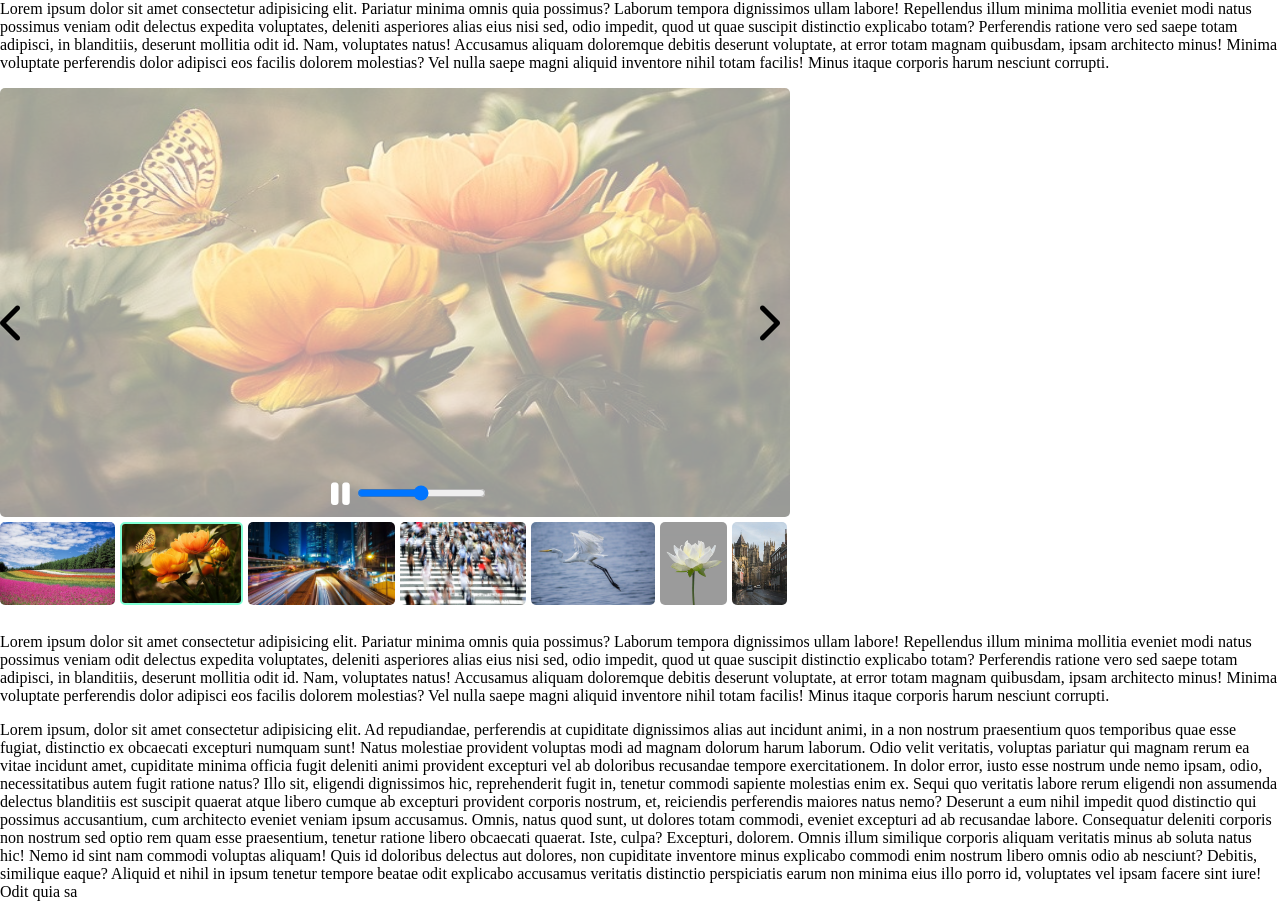
Repository: StevieC87/ASSIGNMENT3
Page: Slideshow/imgGallery10.html
These files come from the project's save history. The page is drawn as it stood at one moment and after the next save; the edit follows.
The browser window is 1280 px wide. The pictures show the whole page.

Above is the page before, as saved 2022-02-28 00:09:00.

After the next save:
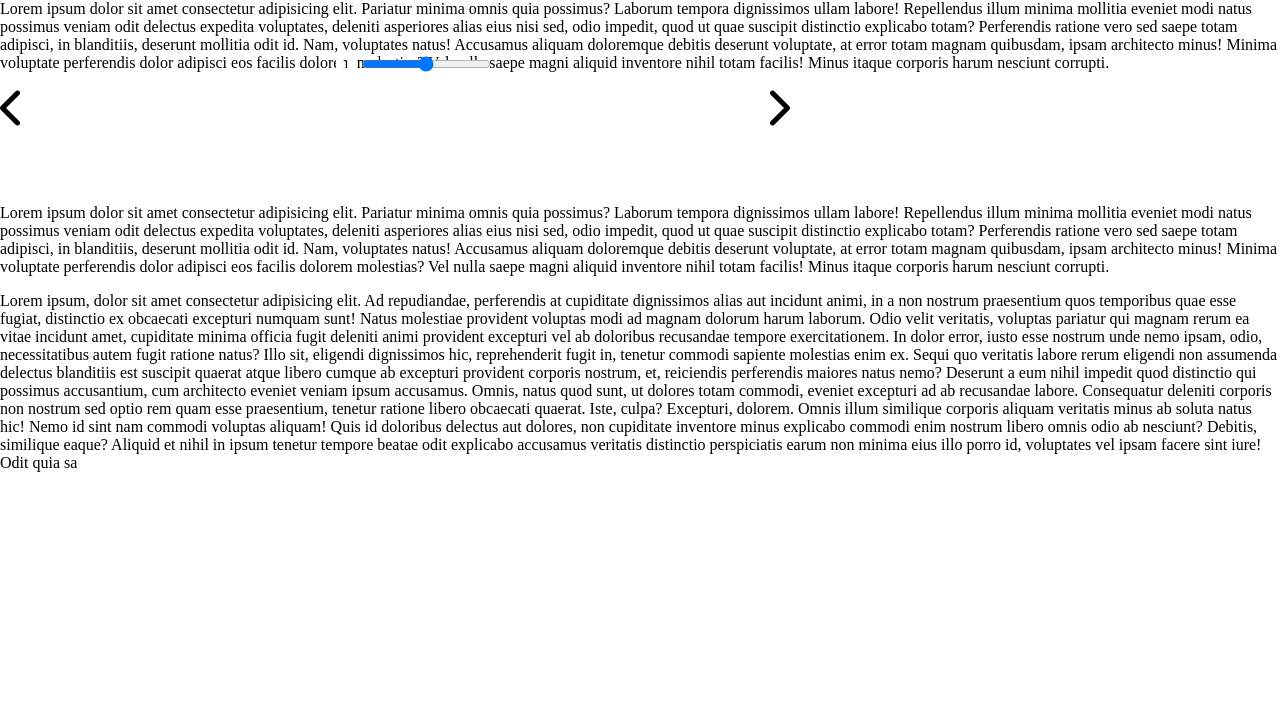
Console error: SyntaxError: Unexpected token ')'
Saved 72 s later.
--- a/Slideshow/imgGallery.js
+++ b/Slideshow/imgGallery.js
@@ -55,39 +55,39 @@
 function thumbnails(imgsarray) {
     //LOOP OVER IMAGES ARRAY, CREATE THUMBNAIL IMAGES
     myImages.forEach((element, index) => {
-        const startdelay = setTimeout(() => {
-            //get image orientation, and set class
-            //create img object
-
-
-            let myPromise = new Promise(function (myResolve, myReject) {
-
-                let imgid = 'thumb' + index; //create new imgid
-                let slideDynamicNew = `<img id="${imgid}" class="thumb " src="${myImages[index]}">`; //create img with template literal
-                //create div to put new img as innerHTML, then append it thumbnail container
+        // const startdelay = setTimeout(() => {
+        //get image orientation, and set class
+        //create img object
+
+
+        let myPromise = new Promise(function (myResolve, myReject) {
+
+            let imgid = 'thumb' + index; //create new imgid
+            let slideDynamicNew = `<img id="${imgid}" class="thumb " src="${myImages[index]}">`; //create img with template literal
+            //create     div to put new img as innerHTML, then append it thumbnail container
+            myResolve(slideDynamicNew);
+
+        });
+
+        myPromise.then(
+            function (slideDynamicNew) {
                 myResolve(slideDynamicNew);
 
-            });
-
-            myPromise.then(
-                function (slideDynamicNew) {
-                    myResolve(slideDynamicNew);
-
-                },
-                //  function(error) {myDisplayer(error);}
-            );
-            function myResolve(slideDynamicNew1) {
-                let divfirst = document.createElement('div');
-                divfirst.innerHTML = slideDynamicNew1;
-                parentdivthumb.appendChild(divfirst);
-            }
-
-
-
-
-
-        }, 200);
-    });
+            },
+            //  function(error) {myDisplayer(error);}
+        );
+        function myResolve(slideDynamicNew1) {
+            let divfirst = document.createElement('div');
+            divfirst.innerHTML = slideDynamicNew1;
+            parentdivthumb.appendChild(divfirst);
+        }
+
+
+
+
+
+    }, 200);
+});
 };
 thumbnails(myImages);
 

After the 3 saves that followed:
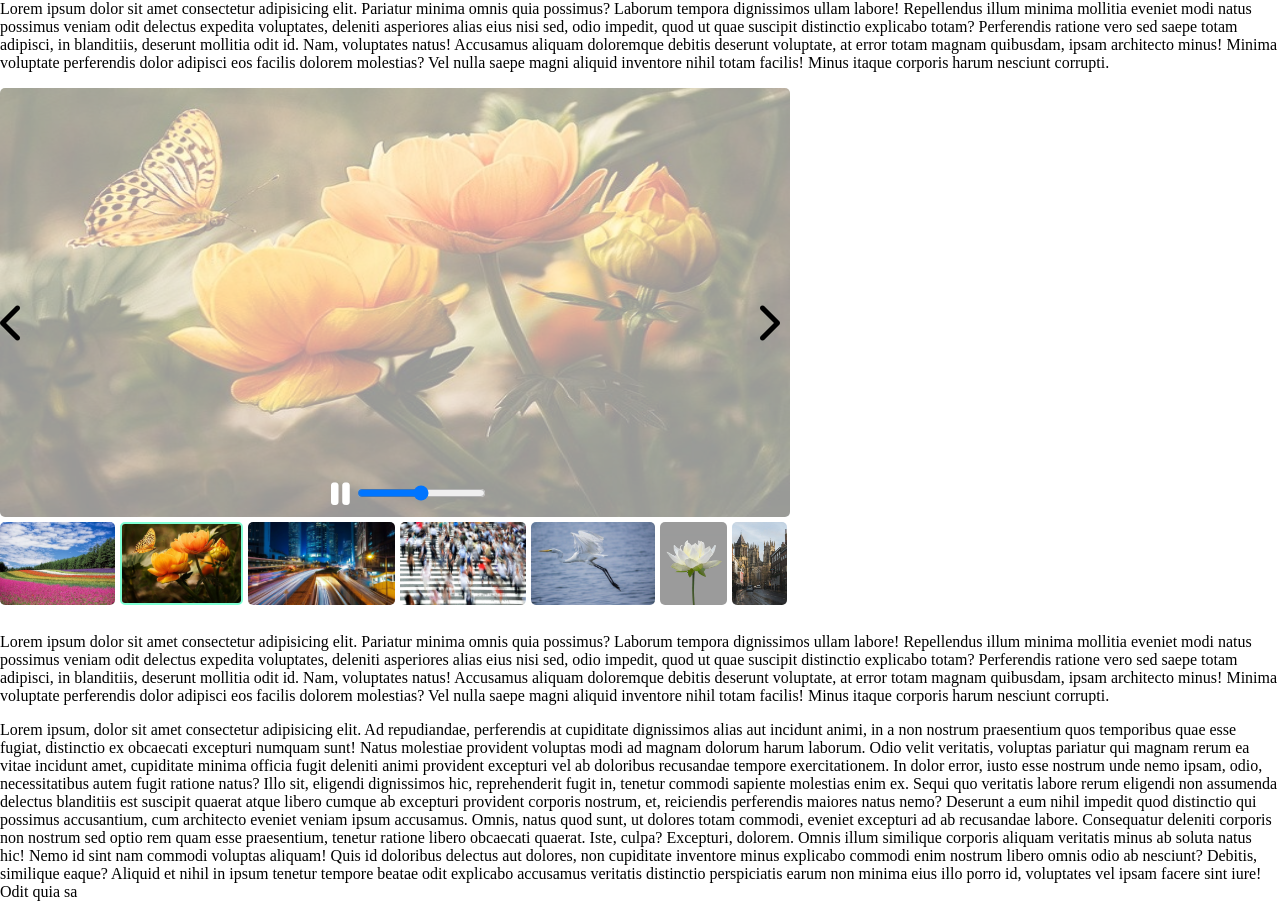
The error is gone.
The 3 saves are shown as one change because 2 left the picture as it was.
The last was saved 53 s later.
--- a/Slideshow/imgGallery.js
+++ b/Slideshow/imgGallery.js
@@ -55,39 +55,19 @@
 function thumbnails(imgsarray) {
     //LOOP OVER IMAGES ARRAY, CREATE THUMBNAIL IMAGES
     myImages.forEach((element, index) => {
-        // const startdelay = setTimeout(() => {
-        //get image orientation, and set class
-        //create img object
-
-
-        let myPromise = new Promise(function (myResolve, myReject) {
-
-            let imgid = 'thumb' + index; //create new imgid
-            let slideDynamicNew = `<img id="${imgid}" class="thumb " src="${myImages[index]}">`; //create img with template literal
-            //create     div to put new img as innerHTML, then append it thumbnail container
-            myResolve(slideDynamicNew);
-
-        });
-
-        myPromise.then(
-            function (slideDynamicNew) {
-                myResolve(slideDynamicNew);
-
-            },
-            //  function(error) {myDisplayer(error);}
-        );
-        function myResolve(slideDynamicNew1) {
-            let divfirst = document.createElement('div');
-            divfirst.innerHTML = slideDynamicNew1;
-            parentdivthumb.appendChild(divfirst);
-        }
-
-
-
-
-
-    }, 200);
-});
+
+
+        let imgid = 'thumb' + index; //create new imgid
+        let slideDynamicNew = `<img id="${imgid}" class="thumb " src="${myImages[index]}">`; //create img with template literal
+        //create     div to put new img as innerHTML, then append it thumbnail container
+
+
+
+        let divfirst = document.createElement('div');
+        divfirst.innerHTML = slideDynamicNew;
+        parentdivthumb.appendChild(divfirst);
+
+    });
 };
 thumbnails(myImages);
 
